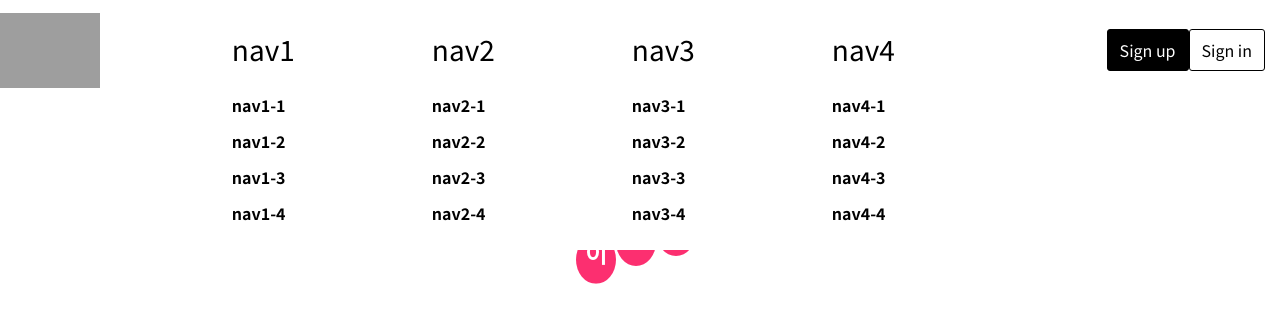
Repository: ryuwc/E_U
Page: /random (app in final-pjt-front/)
These files come from the project's save history. The page is drawn as it stood at one moment and after the next save; the edit follows.
The browser window is 1280 px wide. The pictures show the whole page.
Pictures or frames that could not be fetched are drawn as grey boxes. The page's requests for data from a server got no answer. Some web libraries are served in a nearby version. The project was rebuilt for these pictures with package versions that can differ from the ones it lists, and the page was loaded fresh each time. No one was signed in, and anything a server would have sent is missing. Also part of the build but not shown: final-pjt-front/vue.config.js, final-pjt-front/src/components/MoviveCard.vue.

Above is the page before, as saved 2022-11-22 13:46:43.

### final-pjt-front/public/index.html
<!DOCTYPE html>
<html lang="">
  <head>
    <meta charset="utf-8">
    <meta http-equiv="X-UA-Compatible" content="IE=edge">
    <meta name="viewport" content="width=device-width,initial-scale=1.0">
    <link rel="icon" href="<%= BASE_URL %>favicon.ico">
    <title><%= htmlWebpackPlugin.options.title %></title>
    <link href="https://cdn.jsdelivr.net/npm/bootstrap@5.2.0/dist/css/bootstrap.min.css" rel="stylesheet" integrity="sha384-gH2yIJqKdNHPEq0n4Mqa/HGKIhSkIHeL5AyhkYV8i59U5AR6csBvApHHNl/vI1Bx" crossorigin="anonymous">
    <link rel="preconnect" href="https://fonts.googleapis.com">
    <link rel="preconnect" href="https://fonts.gstatic.com" crossorigin>
    <link href="https://fonts.googleapis.com/css2?family=Pacifico&display=swap" rel="stylesheet">

    <!-- 온보딩 -->
    <link rel="preconnect" href="https://fonts.googleapis.com" />
    <link rel="preconnect" href="https://fonts.gstatic.com" crossorigin />
    <link href="https://fonts.googleapis.com/css2?family=Noto+Sans+KR:wght@300;400;500;700&display=swap" rel="stylesheet" />
  </head>
  <body>
    <noscript>
      <strong>We're sorry but <%= htmlWebpackPlugin.options.title %> doesn't work properly without JavaScript enabled. Please enable it to continue.</strong>
    </noscript>
    <div id="app"></div>
    <!-- built files will be auto injected -->
    <script src="https://cdn.jsdelivr.net/npm/bootstrap@5.2.0/dist/js/bootstrap.bundle.min.js" integrity="sha384-A3rJD856KowSb7dwlZdYEkO39Gagi7vIsF0jrRAoQmDKKtQBHUuLZ9AsSv4jD4Xa" crossorigin="anonymous"></script>
    <script src="https://kit.fontawesome.com/703c5975bf.js" crossorigin="anonymous"></script>
  </body>
</html>

### final-pjt-front/src/main.js
import Vue from 'vue'
import App from './App.vue'
import store from './store'
import router from './router'
import './assets/tailwind.css'

Vue.config.productionTip = false

new Vue({
  store,
  router,
  render: h => h(App)
}).$mount('#app')

### final-pjt-front/src/App.vue
<template>
  <div id="app">
    <body>
    <header id="header">
      <div class="header">
        <h1 class="logo">
          <img id="logo" src="https://e7.pngegg.com/pngimages/941/692/png-clipart-black-small-apple-logo-logo-material-apple-logo.png" alt="logo" />
        </h1>

        <nav>
          <ul>
            <li>
              <div class="list">
                <h3 class="nav_text">nav1</h3>
                <div class="hidden_nav_list">
                  <a href="">
                    <p class="hidden_nav_list_text">nav1-1</p>
                  </a>
                  <a href="">
                    <p class="hidden_nav_list_text">nav1-2</p>
                  </a>
                  <a href="">
                    <p class="hidden_nav_list_text">nav1-3</p>
                  </a>
                  <a href="">
                    <p class="hidden_nav_list_text">nav1-4</p>
                  </a>
                </div>
              </div>
            </li>
            <li>
              <div class="list">
                <h3 class="nav_text">nav2</h3>
                <div class="hidden_nav_list">
                  <a href="">
                    <p class="hidden_nav_list_text">nav2-1</p>
                  </a>
                  <a href="">
                    <p class="hidden_nav_list_text">nav2-2</p>
                  </a>
                  <a href="">
                    <p class="hidden_nav_list_text">nav2-3</p>
                  </a>
                  <a href="">
                    <p class="hidden_nav_list_text">nav2-4</p>
                  </a>
                </div>
              </div>
            </li>
            <li>
              <div class="list">
                <h3 class="nav_text">nav3</h3>
                <div class="hidden_nav_list">
                  <a href="">
                    <p class="hidden_nav_list_text">nav3-1</p>
                  </a>
                  <a href="">
                    <p class="hidden_nav_list_text">nav3-2</p>
                  </a>
                  <a href="">
                    <p class="hidden_nav_list_text">nav3-3</p>
                  </a>
                  <a href="">
                    <p class="hidden_nav_list_text">nav3-4</p>
                  </a>
                </div>
              </div>
            </li>
            <li>
              <div class="list">
                <h3 class="nav_text">nav4</h3>
                <div class="hidden_nav_list">
                  <a href="">
                    <p class="hidden_nav_list_text">nav4-1</p>
                  </a>
                  <a href="">
                    <p class="hidden_nav_list_text">nav4-2</p>
                  </a>
                  <a href="">
                    <p class="hidden_nav_list_text">nav4-3</p>
                  </a>
                  <a href="">
                    <p class="hidden_nav_list_text">nav4-4</p>
                  </a>
                </div>
              </div>
            </li>
          </ul>
        </nav>

        <div class="header_button_group">
          <router-link v-if="!isLogin" to="/login">
            <button class="header_button_signup">Sign up</button>
          </router-link>
          <router-link v-if="!isLogin" to="/signup">
            <button class="header_button_signin">Sign in</button>
          </router-link>
        </div>
      </div>
    </header>
  </body>
    <!-- 임시로 사용한 네브바 -->
    <nav>
      <router-link  to="/home">| Home |</router-link>
      <router-link v-if="!isLogin" to="/signup">| Sign Up |</router-link>
      <router-link v-if="!isLogin" to="/login">Login |</router-link>
      <button v-if="isLogin" @click="logOut">로그아웃 |</button>
      <router-link v-if="isLogin" to="/edit">정보수정</router-link> |
      <router-link v-if="isLogin" to="/profile">Profile |</router-link>
      <router-link to="/practice">연습</router-link> |
    </nav>

    <router-view/>
  </div>
</template>

<script>
import { mapActions, mapGetters } from 'vuex';

const moviesStore = 'moviesStore'

export default {

  name: 'App',

  data() {
    return {
      header: null,
      logo: null,
      navText: null,
      hiddenNavText: null,
      headerBtnSignin: null,
    };
  },
  methods: {
    ...mapActions('accountsStore', ['logOut']),
    ...mapActions(moviesStore, ['getMovies']),
    ...mapActions(moviesStore, ['getNowMovies']),
    getId: (id) => {
      return document.getElementById(id);
    },
    getClass: (className) => {
      return document.getElementsByClassName(className);
    },
    test() {
      return console.log(this.getId('header'));
    },
    handleHoverHeader() {
      this.header.style.backgroundColor = '#fff';
      this.header.style.height = '250px';
      this.headerBtnSignin[0].style.color = '#000';
      this.logo.src = 'https://e7.pngegg.com/pngimages/941/692/png-clipart-black-small-apple-logo-logo-material-apple-logo.png';
      Object.values(this.navText).map((text) => (text.style.color = '#000'));
      Object.values(this.hiddenNavText).map((text) => {
        text.style.display = 'block';
        text.style.color = '#000';
      });
    },
    handleLeaveHeader() {
      this.header.style.backgroundColor = 'rgba(0,0,0,0.5)';
      this.header.style.height = '100px';
      this.headerBtnSignin[0].style.color = '#fff';
      this.logo.src = 'https://e7.pngegg.com/pngimages/941/692/png-clipart-black-small-apple-logo-logo-material-apple-logo.png';
      Object.values(this.navText).map((text) => (text.style.color = '#fff'));
      Object.values(this.hiddenNavText).map((text) => {
        text.style.display = 'none';
        text.style.color = '#000';
      });
    },

  },
  computed: {
    ...mapGetters('accountsStore', ['isLogin']),
    ...mapGetters('accountsStore', ['nickname']),
  },
  created() {
    this.getMovies(),
    this.getNowMovies()
  },
  mounted() {
    this.header = this.getId('header');
    this.logo = this.getId('logo');
    this.navText = this.getClass('nav_text');
    this.hiddenNavText = this.getClass('hidden_nav_list_text');
    this.headerBtnSignin = this.getClass('header_button_signin');
    // console.log(this.header);
    this.header.addEventListener('mouseover', this.handleHoverHeader);
    this.header.addEventListener('mouseleave', this.handleLeaveHeader);
  }
};
</script>

<style scoped>

nav {
  padding: 30px;
  z-index: 1;
}

nav a {
  font-weight: bold;
  color: #2c3e50;
}

nav a.router-link-exact-active {
  color: #42b983;
}

html,
body {
  margin: 0;
  padding: 0;
  width: 100%;
  height: 100%;
  /* background-color: black; */
  color: white;
  font-family: 'Noto Sans KR', sans-serif;
}

body::-webkit-scrollbar {
  display: none;
}

h1,
h2,
h3,
h4,
h5,
h6,
ul,
li,
p {
  margin: 0;
  padding: 0;
}

ul {
  display: flex;
  height: 100%;
  list-style-type: none;
  color: inherit;
}

li {
  display: flex;
  justify-content: center;
  align-items: center;
  width: 120px;
  height: 100%;
  text-align: center;
  margin-right: 80px;
}

a {
  text-decoration: none;
  color: inherit;
}

button {
  background-color: #000;
  padding: 8px 12px;
  border: 1px solid #000;
  cursor: pointer;
  border-radius: 3px;
  color: white;
  height: fit-content;
}

button:hover {
  transform: scale(1.05);
}

button:active {
  transform: scale(0.97);
}

header {
  position: fixed;
  width: 100%;
  /* height: 300px; */
  height: 100px;
  transition: 0.2s ease-in-out;
  z-index: 3;
  background-color: rgba(0, 0, 0, 0.5);
  overflow: hidden;
}

#header {
  display: flex;
  justify-content: center;
}

.header {
  display: flex;
  justify-content: space-between;
  width: 1280px;
  height: 100px;
}

.header_wrapper {
  display: flex;
  justify-content: space-between;
  /* width: 1280px; */
}

.logo {
  display: flex;
  align-items: center;
  width: 100px;
  height: 100px;
}

.logo img {
  width: 100%;
}

.header_button_group {
  display: flex;
  align-items: center;
  height: 100%;
}

.header_button_signin {
  margin-right: 15px;
  background-color: transparent;
}

.list {
  position: relative;
}

.hidden_nav_list {
  position: absolute;
  top: 60px;
  left: 0;
  width: 120px;
  text-align: left;
}

.hidden_nav_list p {
  margin-bottom: 12px;
  cursor: pointer;
}

.section {
  position: relative;
  width: 100vw;
  height: 100vh;
  transition: all 700ms ease 0s;
}

.section_text {
  position: absolute;
  display: flex;
  justify-content: center;
  width: 100vw;
  z-index: 2;
  top: 150px;
}

.section_header {
  top: 200px;
}

.section_text div {
  width: 1280px;
}

.section_text h2 {
  font-size: 64px;
  text-shadow: 2px 2px 2px #000;
}

.img {
  position: absolute;
  width: 100%;
  height: 100vh;
}

.img img {
  width: 100%;
  height: 100vh;
}

.more_btn {
  top: unset;
  bottom: 100px;
}

.more_btn button {
  width: 200px;
  height: 40px;
  background-color: #eee;
  border: 1px solid #000;
  color: #000;
  border: none;
  box-shadow: 2px 2px 5px rgba(0, 0, 0, 0.5);
}

#section_1_title,
#section_2_title,
#section_3_title,
#section_4_title,
#section_5_title,
#section_6_title {
  opacity: 0;
  transition: 0.5s ease-in-out;
  transition-delay: 0.5s;
  margin-left: 100px;
}

#section_6_btn {
  opacity: 0;
  transition: 0.5s ease-in-out;
  transition-delay: 0.5s;
  transform: translateY(100px);
}

#section_1_title {
  margin-left: 0;
}

</style>

### final-pjt-front/src/store/index.js
import Vue from 'vue'
import Vuex from 'vuex'
import accountsStore from './modules/accountsStore'
import moviesStore from './modules/moviesStore';
import createPersistedState from "vuex-persistedstate";
import VuexPersistence from 'vuex-persistedstate'

Vue.use(Vuex)

const vuexLocal = new VuexPersistence({
  storage: window.localStorage,
  modules: ['accountsStore'],
})

export default new Vuex.Store({
  plugins: [createPersistedState()],

  state: {
  },
  getters: {
  },
  mutations: {
  },
  actions: {
  },
  modules: {
    accountsStore: accountsStore,
    moviesStore: moviesStore,
    plugins: [vuexLocal.plugin],
  }
})

### final-pjt-front/src/router/index.js
import Vue from 'vue'
import VueRouter from 'vue-router'

Vue.use(VueRouter)

const routes = [
  {
    path: '/signup',
    name: 'SignView',
    component: () => import('../views/accounts/SignUpView.vue')
  },
  {
    path: '/login',
    name: 'LoginView',
    component: () => import('../views/accounts/LoginView.vue'),

  //   beforeEnter(to, from, next) {
  //     // 이미 로그인 되어있는 경우
  //     this.$store.getters[accountsStore + "/i"] ? next({ name: "home" }) : next();
  //     to, from, next;
  //     console.log();
  //     // if (localStorage.getItem('token')) {
  //     //   // 메인 페이지로 이동
  //     //   next({ name: 'main' });
  //     // } else {
  //     //   next();
  //     // }
  //   }
  },
  {
    path: '/edit',
    name: 'EditUserView',
    component: () => import('../views/accounts/EditUserView.vue')
  },
  {
    path: '/profile',
    name: 'ProfileView',
    component: () => import('../views/accounts/ProfileView.vue')
  },
  // {
  //   path: '/',
  //   name: 'IntroPageView',
  //   component: () => import('../views/movies/IntroPageView.vue')
  // },
  {
    path: '/home',
    name: 'MovieView',
    component: () => import('../views/movies/MovieView.vue')
  },
  {
    path: '/practice',
    name: 'PracticeView',
    component: () => import('../views/accounts/PracticeView.vue')
  },
  {
    path: '/test',
    name: 'TestView',
    component: () => import('../views/accounts/TestView.vue')
  },
  {
    path: '/choice',
    name: 'ChoiceMovieView',
    component: () => import('../views/accounts/ChoiceMovieView.vue')
  },
  {
    path: '/random',
    name: 'RandomMovieView',
    component: () => import('../views/movies/RandomMovieView.vue')
  },
  {
    path: '/movies/:id',
    name: 'MovieDetailInfoView',
    component: () => import('../views/movies/MovieDetailInfoView.vue')
  },
  {
    path: '/',
    name: 'onBoardingView',
    component: () => import('../views/onBoardingView.vue')
  },
  {
    path: '/test2',
    name: 'TestTwoView',
    component: () => import('../views/TestTwoView.vue')
  },
  {
    path: '/maintest',
    name: 'MainTest',
    component: () => import('../views/MainTest.vue')
  },
  {
    path: '*',
    name: 'NotPound404View',
    component: () => import('../views/NotPound404View.vue')
  },
]

const router = new VueRouter({
  mode: 'history',
  base: process.env.BASE_URL,
  routes
})

// 로컬스토리지에서 토큰 가져오기
// console.log(JSON.parse(localStorage.getItem("vuex")).accountsStore.token);


// // 전역 가드
// router.beforeEach((to, from, next) => {
//   // 로그인 되어 있는지 확인 (위의 방법 확인)
//   const isLogin = JSON.parse(localStorage.getItem("vuex")).accountsStore.token ? true : false;
//   // 로그인이 필요한 페이지
//   const authPages = ['EditUserView', 'profile'];
//   // 앞으로 이동할 페이지(to)가 로그인이 필요한 페이지에 속하는지 확인
//   const authRequired = authPages.includes(to.name);
//   // 로그인이 필요한 페이지에 로그인이 되어 있지 않으면 로그인 페이지로 이동
//   if (authRequired && !isLogin) {
//     next('/login');
//     // 로그인이 필요 없는 페이지에 로그인이 되어 있으면 메인 페이지로 이동
//   } else{
//     next();
//   }
// })

export default router

### final-pjt-front/src/store/modules/accountsStore.js
import axios from "axios";
import router from "@/router";

const API_URL = "http://127.0.0.1:8000";

const accountsStore = {
  namespaced: true,
  state: {
    token: "",
    user: {},
    usernames: [],
  },
  getters: {
    authHead: (state) => ({ Authorization: `Token ${state.token}` }),
    user: (state) => state.user,
    username: (state) => state.user.username,
    nickname: (state) => state.user.nickname || state.user.username,
    isLogin: (state) => state.token ? true : false,
    usernames: (state) => state.usernames,
  },
  mutations: {
    SET_TOKEN: (state, token) => ( state.token = token ),
    SET_USER: (state, user) => (state.user = user),
  },
  actions: {
    test() {
      console.log("test");
    },
    getUserInfo({ commit, getters }, username) {
      axios({
        method: "get",
        url: `${API_URL}/accounts/profile/${username}`,
        headers: getters.authHead,
      })
        .then((res) => {
          console.log(res.data);
          commit("SET_USER", res.data);
        })
        .catch((err) => {
          console.log(err);
        });
    },

    signUp({ state }, user) {
      // console.log("sign up");
      // console.log(user);
      let signUpuser = {
        username: user.username,
        nickname: user.nickname,
        password1: user.password1,
        password2: user.password2,
      };
      if (!user.nickname) {
        signUpuser = {
          username: user.username,
          password1: user.password1,
          password2: user.password2,
        };
      }
      // console.log(signUpuser);
      axios({
        method: "post",
        url: "http://127.0.0.1:8000/accounts/signup/",
        data: { ...signUpuser },
      })
        .then((res) => {
          res
          state.usernames.push(user.username);
          router.push({ name: "LoginView" });
        })
        .catch((err) => {
          console.log(err);
        });
    },
    login({ commit, dispatch }, user) {
        // console.log(user);
        axios({
          method: 'post',
          url: `${API_URL}/accounts/login/`,
          data: { ...user },
        })
        .then(res => {
          // console.log(res);
          commit('SET_TOKEN', res.data.key);
          dispatch('getUserInfo', user.username);
        })
        .catch((err) => {
          console.log(err);
        });
      },
      logOut({ commit, getters }) {
        console.log("logout", getters.authHead);
        axios({
          method: 'post',
          url: `${API_URL}/accounts/logout/`,
          headers: getters.authHead,
        })
        .then(res => {
          console.log(res);
          commit('SET_TOKEN', '');
          commit('SET_USER', {});
        })
        .catch(err => {
          console.log(err);
        })
      },
      editUserInfo({ dispatch, commit, getters }, user) {
        // console.log(user);
        commit
        user
        const userOrigin = getters.user;
        // console.log(userOrigin);
        const userNew = { ...userOrigin, ...user };
        // console.log(userNew);
        // console.log(getters.authHead);
        axios({
          method: 'put',
          url: `${API_URL}/accounts/profile/${getters.username}/`,
          data: { ...userNew },
          headers: getters.authHead,
        })
        .then(res => {
          console.log(res);
          // commit('SET_USER', res.data);
          dispatch('getUserInfo', res.data.username);
        })
      },
      editPassword({ getters }, password) {
        // console.log(password);
        axios({
          method: 'post',
          url: `${API_URL}/accounts/password/change/`,
          headers: getters.authHead,
          data: { ...password },
        })
        .then(() => {
          alert('비밀번호 변경에 성공했습니다.');
        })
        .catch(err => {
          console.log(err);
        })
      },
  }
}

export default accountsStore

### final-pjt-front/src/views/movies/RandomMovieView.vue
<template>
  <div class="random">
    <br>
      <div class="text-box"
      style="margin-left: 45vw;"
      >
      <a href="#"
      class="btn btn-white btn-animate"
       style=""
       @click="pickMovie"
       >click me</a>
    </div>

    <div class="font-bold text-white balls"
    style="margin-left: 45vw; margin-top: 110px;"
    >
      <div class="text-center fw-bold"><span style="font-size:x-large">이</span></div>
      <div class="text-center fw-bold"><span style="font-size:x-large">I</span></div>
      <div class="text-center fw-bold"><span style="font-size:x-large">유</span></div>
      <div class="text-center fw-bold"><span style="font-size:x-large">K</span></div>
    </div>
    <br>
    <br>
    <br>
    <MoviveCard
    v-if="movie"
    :movie="movie"
    class="mx-auto"
    />

  </div>
</template>

<script>
import _ from 'lodash'
import { mapGetters } from 'vuex';
import MoviveCard from '@/components/MoviveCard.vue';


export default {
  name: "RandomMovieView",
  data() {
    return {
      movie: null
    }
  },
  components:{
    MoviveCard
  },
  methods: {
    pickMovie() {
      const randomMovie = _.sample(this.movies)
      // console.log(randomMovie.title)
      this.movie = randomMovie
    }
  },
  computed: {
    ...mapGetters('moviesStore', ['movies'])
  }
};
</script>

<style scoped>
.balls {
  width: 10em;
  display: flex;
  flex-flow: row nowrap;
  align-items: center;
  justify-content: space-between;
}

.balls div {
  width: 3em;
  height: 3em;
  border-radius: 50%;
  background-color: #fc2f70;
  transform: translateY(-100%);
  animation: wave 0.8s ease-in-out alternate infinite;
}

.balls div:nth-of-type(1) {
  animation-delay: -0.4s;
}

.balls div:nth-of-type(2) {
  animation-delay: -0.2s;
}
.balls div:nth-of-type(3) {
  animation-delay: -0.1s;
}

@keyframes wave {
  from {
    transform: translateY(-50%);
  }
  to {
    transform: translateY(50%);
  }
}
.text-box{
  margin-left: 0vw;
}


.btn:link,
.btn:visited {
    text-transform: uppercase;
    text-decoration: none;
    padding: 15px 40px;
    display: inline-block;
    border-radius: 100px;
    transition: all .2s;
    position: absolute;
}

.btn:hover {
    transform: translateY(-3px);
    box-shadow: 0 10px 20px rgba(0, 0, 0, 0.2);
}

.btn:active {
    transform: translateY(-1px);
    box-shadow: 0 5px 10px rgba(0, 0, 0, 0.2);
}

.btn-white {
    background-color: #fff;
    color: #777;
}

.btn::after {
    content: "";
    display: inline-block;
    height: 100%;
    width: 100%;
    border-radius: 100px;
    position: absolute;
    top: 0;
    left: 0;
    z-index: -1;
    transition: all .4s;
}

.btn-white::after {
    background-color: #fff;
}

.btn:hover::after {
    transform: scaleX(1.4) scaleY(1.6);
    opacity: 0;
}

.btn-animated {
    animation: moveInBottom 5s ease-out;
    animation-fill-mode: backwards;
}

@keyframes moveInBottom {
    0% {
        opacity: 0;
        transform: translateY(30px);
    }

    100% {
        opacity: 1;
        transform: translateY(0px);
    }
}
</style>

### final-pjt-front/tailwind.config.js
/** @type {import('tailwindcss').Config} */
module.exports = {
  corePlugins: {
    preflight: false,
  },
  content: [
      './src/views/accounts/*.{vue,js,ts,jsx,tsx}',
      './src/views/movies/MovieDetailInfoView.vue',
      './src/views/NotPound404View.vue',
      './src/components/ReviewCandi1.vue',
      './src/views/TestTwoView.vue',
      // './src/components/MoviveCard.vue',
      './src/components/PosterSlider.vue',
      './src/components/MovieClip.vue',
    ],
  theme: {
    extend: {},
  },
  plugins: [],
}

Loaded but not shown: final-pjt-front/src/assets/tailwind.css (common file); final-pjt-front/src/store/modules/moviesStore.js (193 lines, source omitted)

After the next save:
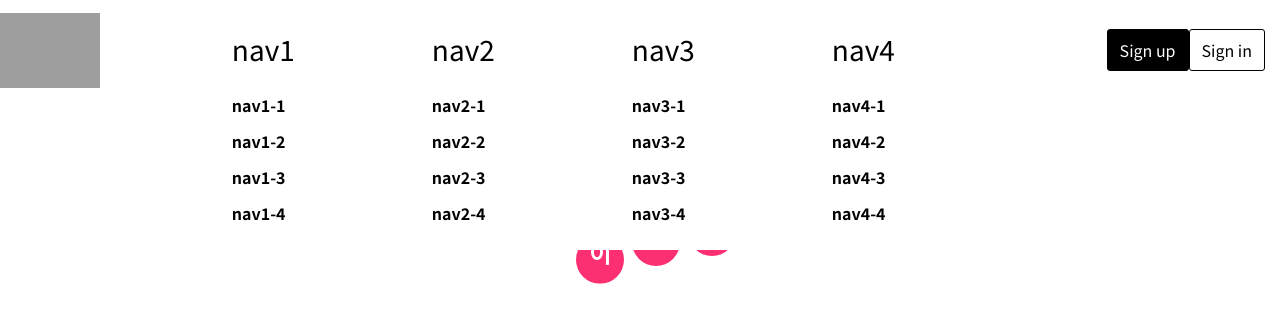
Saved 63 s later.
--- a/final-pjt-front/src/views/movies/RandomMovieView.vue
+++ b/final-pjt-front/src/views/movies/RandomMovieView.vue
@@ -17,7 +17,7 @@
       <div class="text-center fw-bold"><span style="font-size:x-large">이</span></div>
       <div class="text-center fw-bold"><span style="font-size:x-large">I</span></div>
       <div class="text-center fw-bold"><span style="font-size:x-large">유</span></div>
-      <div class="text-center fw-bold"><span style="font-size:x-large">K</span></div>
+      <!-- <div class="text-center fw-bold"><span style="font-size:x-large">K</span></div> -->
     </div>
     <br>
     <br>
